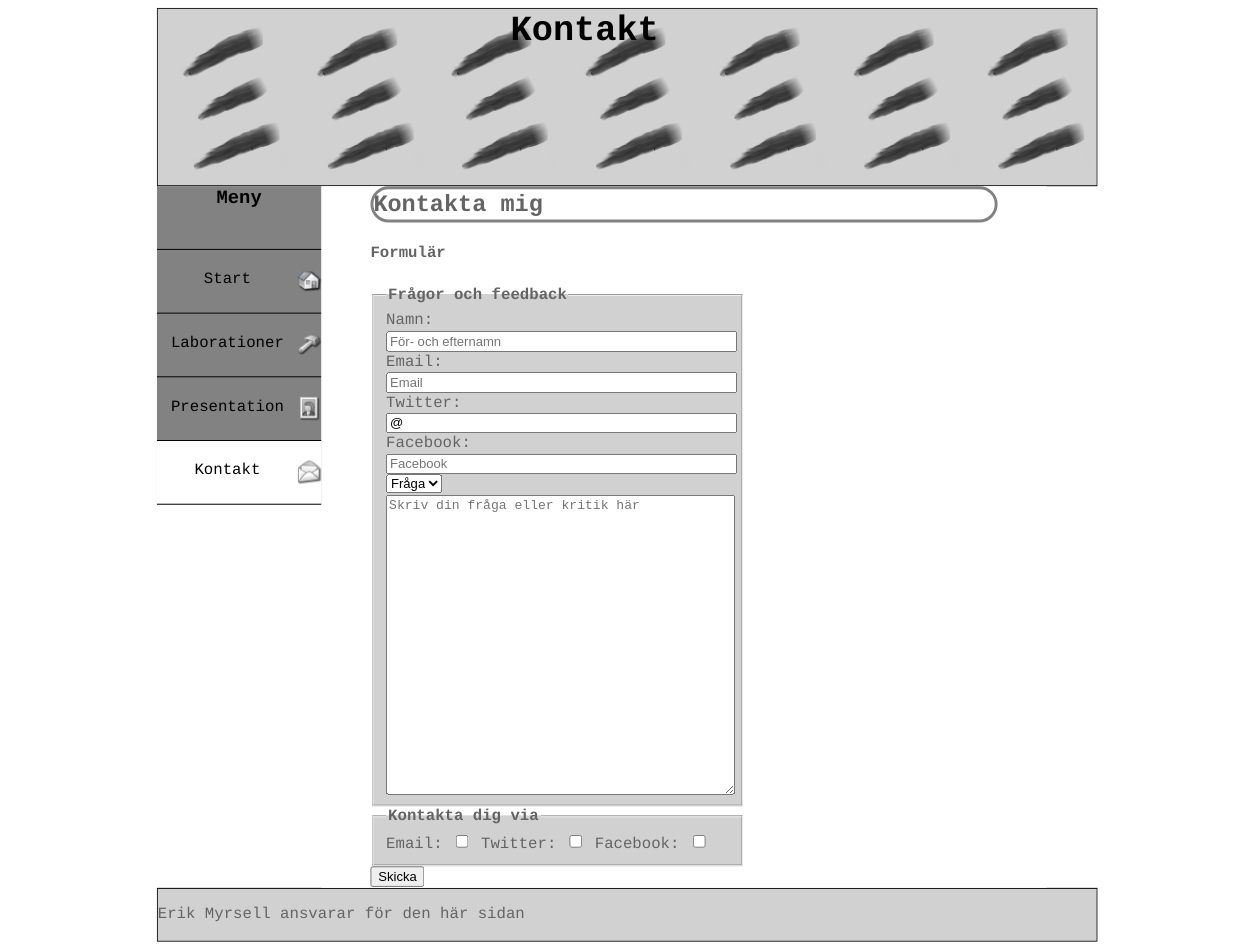
Repository: em222mt/1IK415_em222mt
Page: pages/kontakt.html
The author's editor kept a record of every edit. The page is drawn from the files as they stood at one moment, then again after the next edit.
The browser window is 1280 px wide. The pictures show the whole page, at 98% of full size.

Above is the page before.

After the next edit:
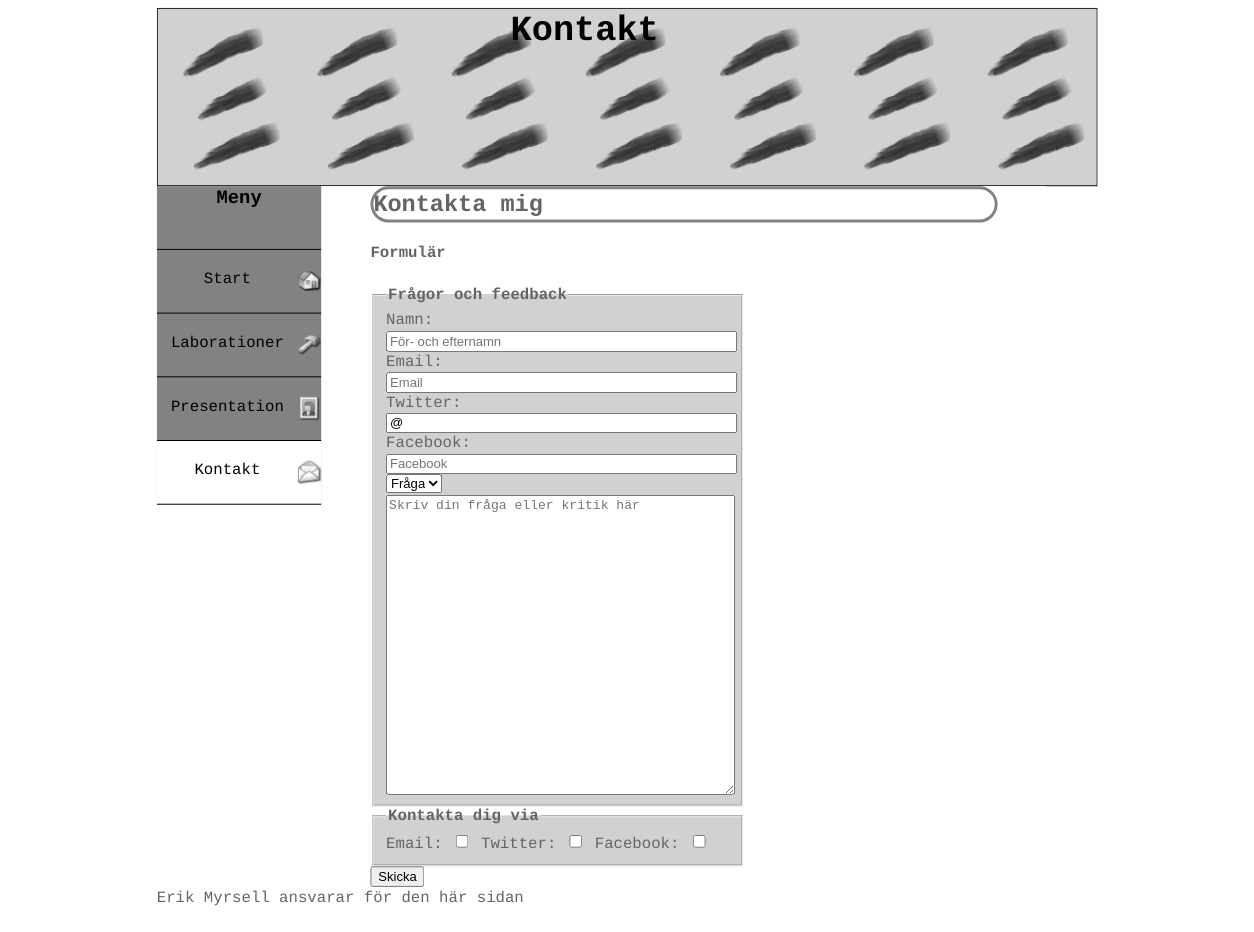
The edit:
--- a/pages/kontakt.html
+++ b/pages/kontakt.html
@@ -109,7 +109,7 @@
             </article>
             </main>
 
-            <div id="footer">
+            <footer>
 
                 <p>Erik Myrsell ansvarar för den här sidan</p>
 
